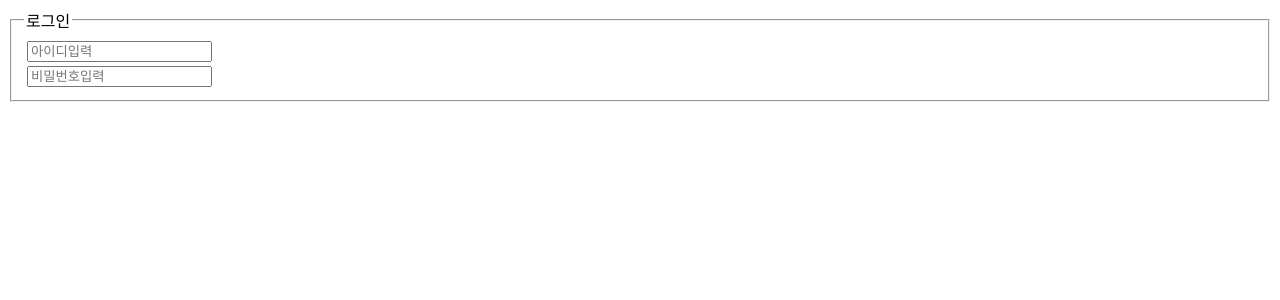
Repository: Rua1006/JSP
Page: http://localhost/practice01/login.jsp
These files come from the project's save history. The page is drawn as it stood at one moment and after the next save; the edit follows.
The browser window is 1280 px wide. The pictures show the whole page.
The page is served by Tomcat 9.

Above is the page before, as saved 2022-10-14 04:46:54.

After the next save:
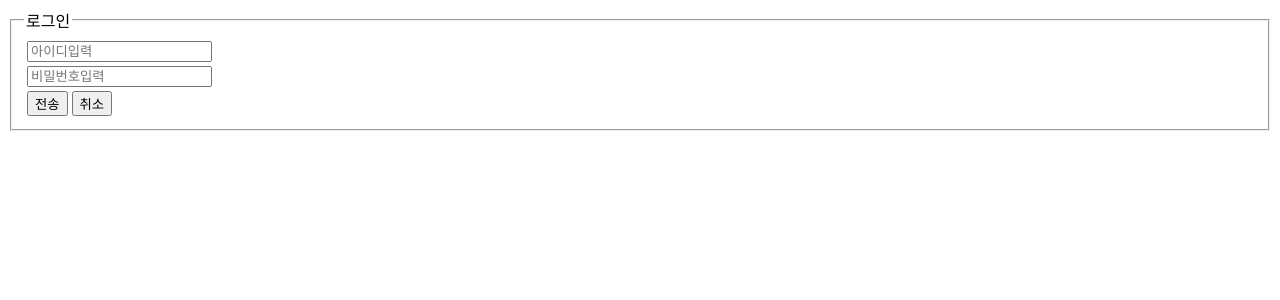
Saved 42 s later.
--- a/practice01/WebContent/login.jsp
+++ b/practice01/WebContent/login.jsp
@@ -20,7 +20,13 @@
 						</tr>
 						<tr>
 							<td>
-								<input type="password" name="pw" id="id" placeholder="비밀번호입력">
+								<input type="password" name="pw" id="pw" placeholder="비밀번호입력">
+							</td>
+						</tr>
+						<tr>
+							<td>
+								<input type="submit" value="전송">
+								<input type="reset" value="취소">
 							</td>
 						</tr>
 					</tbody>
